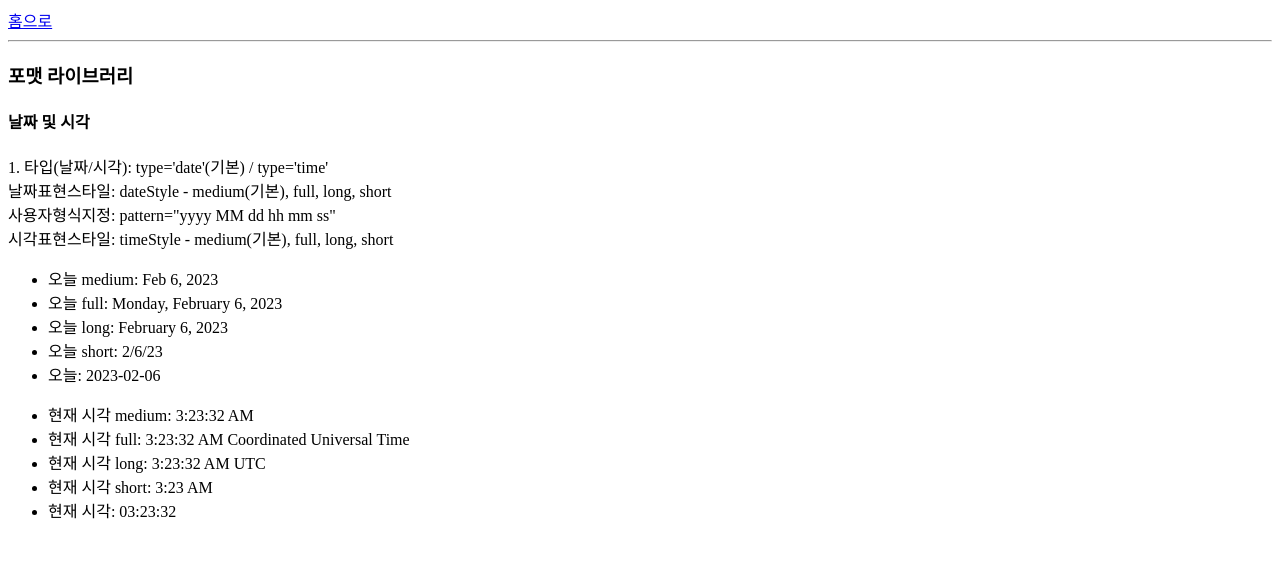
Repository: linklifejo/study_web
Page: http://localhost/servlet02/jstl/format.jsp
These files come from the project's save history. The page is drawn as it stood at one moment and after the next save; the edit follows.
The browser window is 1280 px wide. The pictures show the whole page.
The page is served by Tomcat 9.

Above is the page before, as saved 2023-02-08 02:36:08.

After the next save:
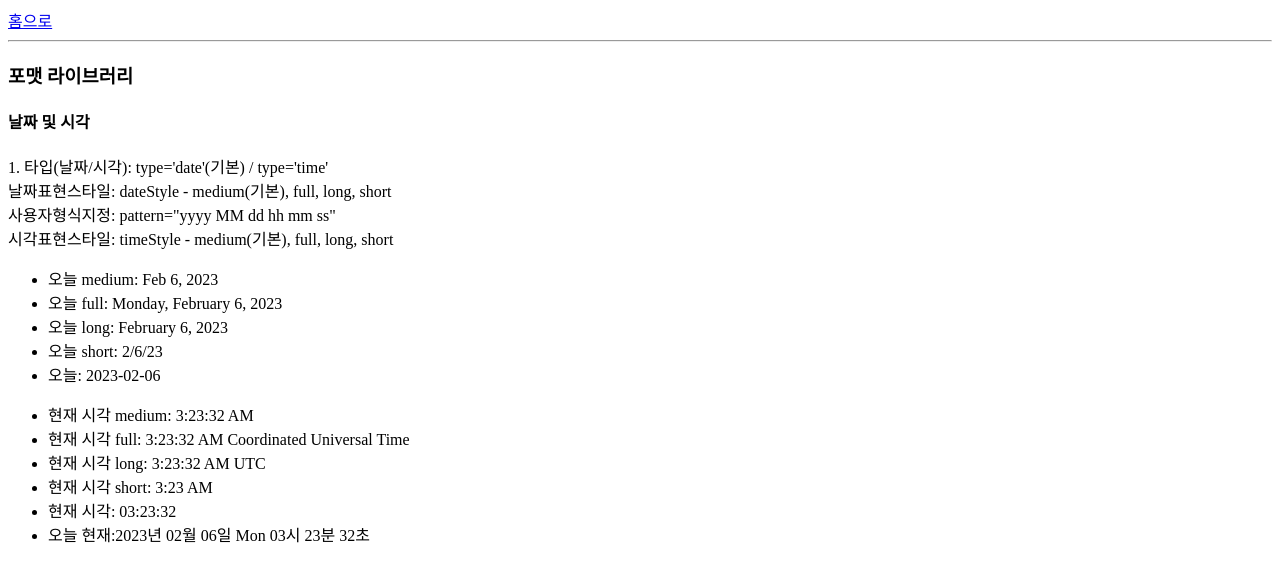
Saved 108 s later.
--- a/servlet02/src/main/webapp/jstl/format.jsp
+++ b/servlet02/src/main/webapp/jstl/format.jsp
@@ -31,7 +31,8 @@
 	<li>현재 시각 long: <fmt:formatDate value="${today}" type='time' timeStyle='long'/> </li>
 	<li>현재 시각 short: <fmt:formatDate value="${today}" type='time' timeStyle='short'/> </li>
 	<li>현재 시각: <fmt:formatDate value="${today}" type='time' pattern="hh:mm:ss"/> </li>
-
+	<li>오늘 현재:<fmt:formatDate value="${today}" type="both"
+					pattern="yyyy년 MM월 dd일 E hh시 mm분 ss초"/> </li>
 </ul>
 
 
